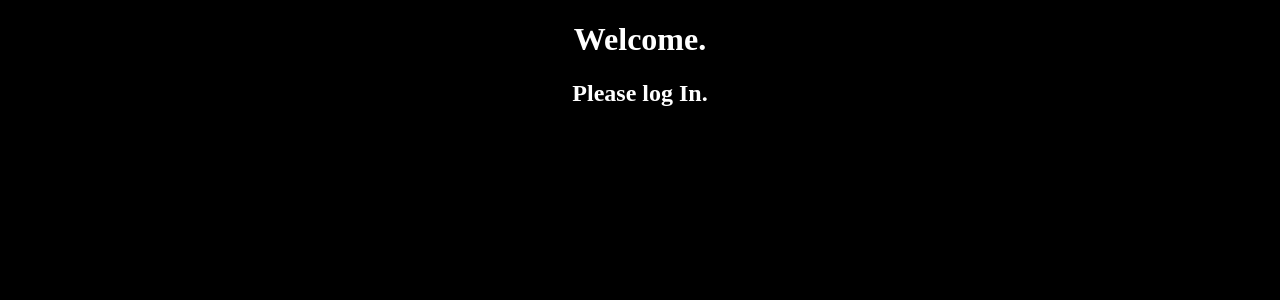
Repository: Ayushvarma01/SpringMVC
Page: SkillUp/src/main/webapp/WEB-INF/views/login.html
The author's editor kept a copy of each file at every save. The page is drawn from the files as they stood at one save, then again after the next save.
The browser window is 1280 px wide. The pictures show the whole page.

Above is the page before, as saved 2024-06-04 17:58:36.

### SkillUp/src/main/webapp/WEB-INF/views/login.html
<!DOCTYPE html>
<html xmlns:th="http://www.thymeleaf.org>
<head>
<meta charset="UTF-8">
<title>Insert title here</title>
<style>
html {
	background-color: black;
	color:white;
}
</style>
</head>
<body>
	<h1 align="center">Welcome.</h1>
	<h2 align="center">Please log In.</h2>
</body>
</html>

After the next save:
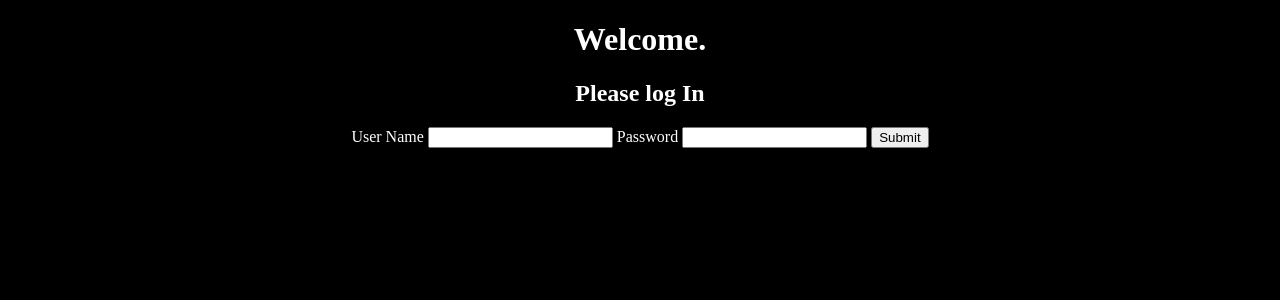
Saved 4 min 12 s later.
--- a/SkillUp/src/main/webapp/WEB-INF/views/login.html
+++ b/SkillUp/src/main/webapp/WEB-INF/views/login.html
@@ -6,12 +6,21 @@
 <style>
 html {
 	background-color: black;
-	color:white;
+	color: white;
 }
 </style>
 </head>
 <body>
 	<h1 align="center">Welcome.</h1>
-	<h2 align="center">Please log In.</h2>
+	<h2 align="center">Please log In</h2>
+	<div align="center">
+		<form action="/login">
+		<label>User Name</label>
+		<input type="text" name="username">
+		<label>Password</label>
+		<input type="text" name="username">
+		<button type="submit">Submit</button>
+		</form>
+	</div>
 </body>
 </html>
